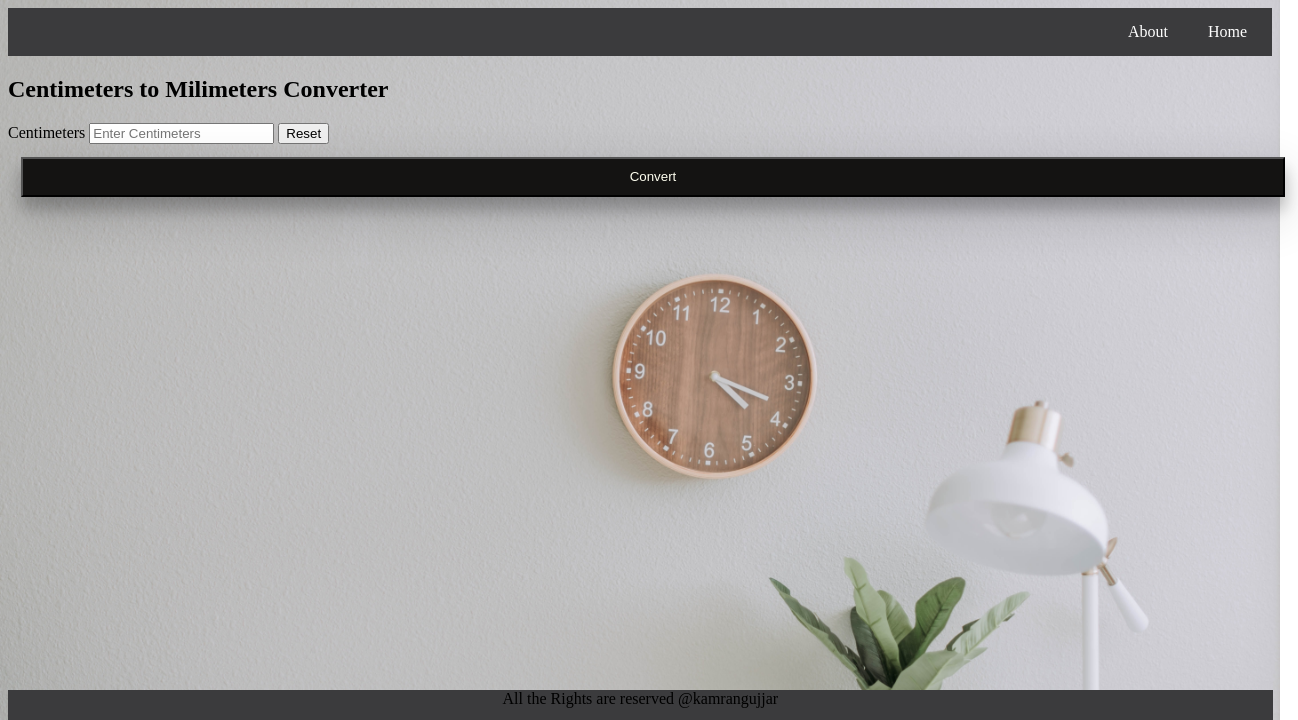
Repository: Kamrangujjar85112/Length-Converter
Page: html/cm_mm.html
The author's editor kept a copy of each file at every save. The page is drawn from the files as they stood at one save, then again after the next save.
The browser window is 1280 px wide. The page is 1298 px wide, then 1280 px, so the pictures cover 1298 px, including what lies to the right of the window. The pictures show the whole page.

Above is the page before, as saved 2022-01-21 06:55:27.

### html/cm_mm.html
<!-- centimeters to milimeters -->
<!DOCTYPE html>
<html lang="en">
<head>
    <meta charset="UTF-8">
    <meta http-equiv="X-UA-Compatible" content="IE=edge">
    <meta name="viewport" content="width=device-width, initial-scale=1.0">
    <title></title>
    <link rel="stylesheet" href="../css/style.css">
</head>
<body>
    <div class="container ">
        <div class="header">
            <nav>
                <ul class="nav-ul">
                    <li class="nav-li"><a href="home.html">Home</a></li>
                    <li class="nav-li"><a href="about.html">About</a></li>
                </ul>
            </nav>
        </div>
    <div class="box">
        <h2>Centimeters to Milimeters Converter</h2>
        <form>
            <label>Centimeters</label>
            <input type="number" id="centimeters" placeholder="Enter Centimeters">
            <input type="reset" value="Reset">
            <button id="convert">Convert</button>
        </form>
    </div>
            <footer class="footer">
                <span>All the Rights are reserved @kamrangujjar</span>
            </footer>
    </div>
    <script src="../js/converter.js"></script>
</body>
</html>

### css/style.css
  body{
    background-image: url('backg.jpg');
    background-repeat: no-repeat;
    background-attachment: fixed;
    background-size: cover;
}
.header{
    top: 0;
    width: 100%;
    margin: 0;
    position: relative;

}
.nav-ul{
    list-style-type: none;
    margin: 0;
    overflow: hidden;
    background: rgb(59, 59, 61);
  }

.nav-li {
    padding-right: 10px;
    float: right;
    align-items: inherit;
}

.nav-li a {
    display: block;
    color: rgb(255, 255, 255);
    text-align:center;
    padding: 15px 15px;
    text-decoration: none;
}
.link {
    list-style: none;
    text-align: left;
    align-items: left;
    margin: 10px;
    width: 300px;
}
.nav-li a:hover {
    background-color: #0ac577;
}
footer{
    bottom: 0;
    width: 98.8%;
    position: fixed;
    height: 30px;
    text-align: center;
    background: rgb(59, 59, 61);
}
button{
    width: 100%;
    height:40px;
    color: ivory;
    background-color: #141312;
    margin:13px;
    box-shadow: 0 12px 16px 0 rgba(0,0,0,0.24), 0 17px 50px 0 rgba(0,0,0,0.19);
}

### js/converter.js
const centimetersToMilimeters = document.getElementById('centimeters');
const milesToKilometers = document.getElementById('milesToKilometers');
const metersToCentimeters = document.getElementById('metersToCentimeters');
const centimetersTOKilometers = document.getElementById('centimetersTOKilometers');
const kilometersTOMeters = document.getElementById('kilometersTOMeters');
const MilesToMeters = document.getElementById('MilesToMeters');
const Percentage = document.getElementById('Percentage');
const convert = document.getElementById('convert');


convert.addEventListener('click', function converterCentimeters(){
    const inputValue = centimetersToMilimeters.value;
    const milimeters = inputValue * 10;
    document.body.innerHTML = inputValue +' Centimeters are equal to ' +milimeters + ' Milimeters';

});

After the next save:
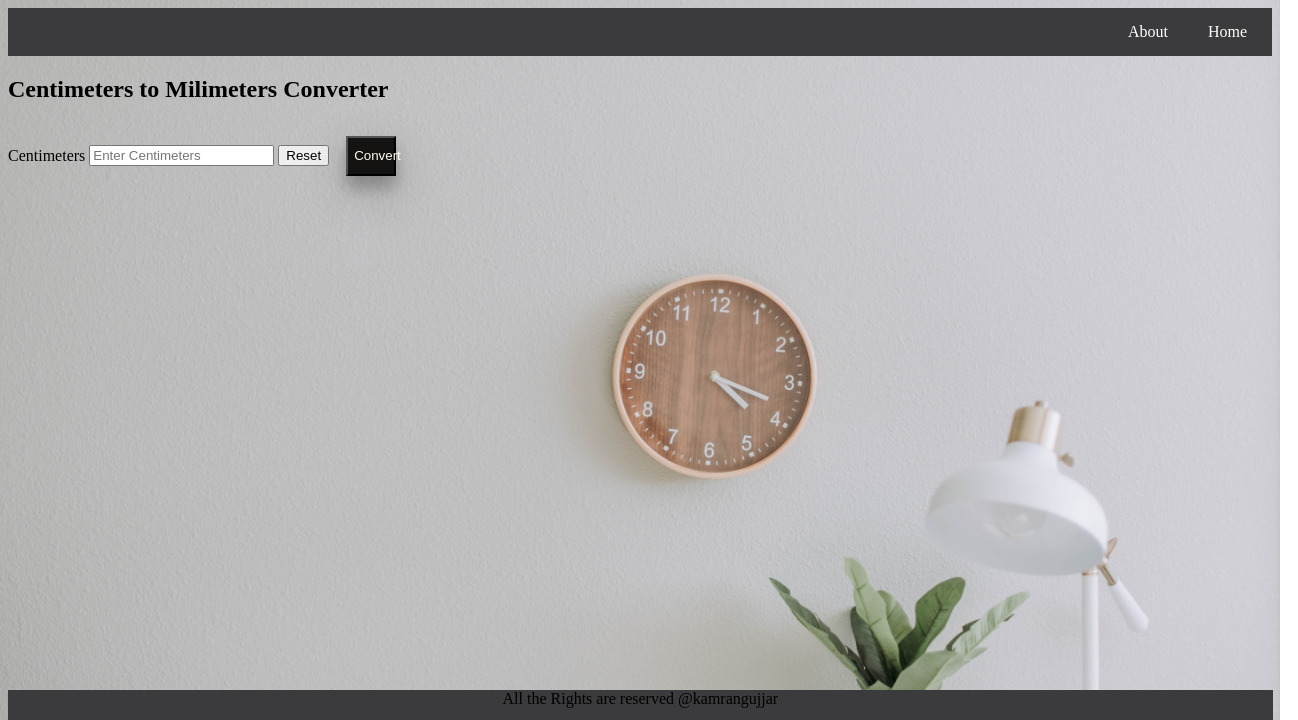
Saved 100 s later.
--- a/css/style.css
+++ b/css/style.css
@@ -57,3 +57,6 @@ button{
     margin:13px;
     box-shadow: 0 12px 16px 0 rgba(0,0,0,0.24), 0 17px 50px 0 rgba(0,0,0,0.19);
 }
+#convert{
+    width: 50px;
+}
